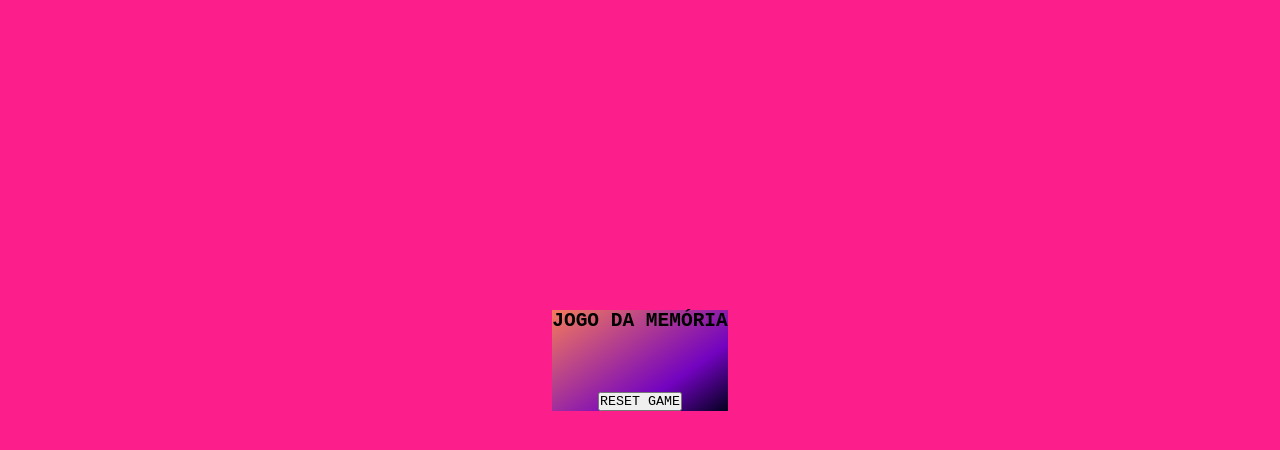
Repository: gustavotwist/memory-game
Page: index.html
The author's editor kept a copy of each file at every save. The page is drawn from the files as they stood at one save, then again after the next save.
The browser window is 1280 px wide. The pictures show the whole page.

Above is the page before, as saved 2024-10-14 21:59:05.

### index.html
<!DOCTYPE html>
<html lang="pt-br">
<head>
    <meta charset="UTF-8">
    <meta name="viewport" content="width=device-width, initial-scale=1.0">
    <title>Jogo Da Memória</title>
    <link rel="stylesheet" href="./src/styles/reset.css">
    <link rel="stylesheet" href="./src/styles/main.css">
</head>
<body>
    <div class="container">
        <h2>JOGO DA MEMÓRIA</h2>
        <div class="game"></div>
        <button class="reset"
        onclick="window.location.reload()"
        >RESET GAME</button>
    </div>


    <script src="./src/scripts/engine.js" defer></script>
</body>
</html>

### src/styles/main.css
body {
    display: flex;
    justify-content: center;
    align-items: center;
    min-height: 100vh;
    background: #fc1e8a;
}

.container {
    position: relative;
    display: flex;
    flex-direction: column;
    justify-content: center;
    align-items: center;
    gap: 30px;
    background: linear-gradient(325deg, #03001e 0%, #7303c0 30%, #ec38);
}

Loaded but not shown: src/styles/reset.css (common file); src/scripts/engine.js (no copy from this time; the picture is the same without it)

After the next save:
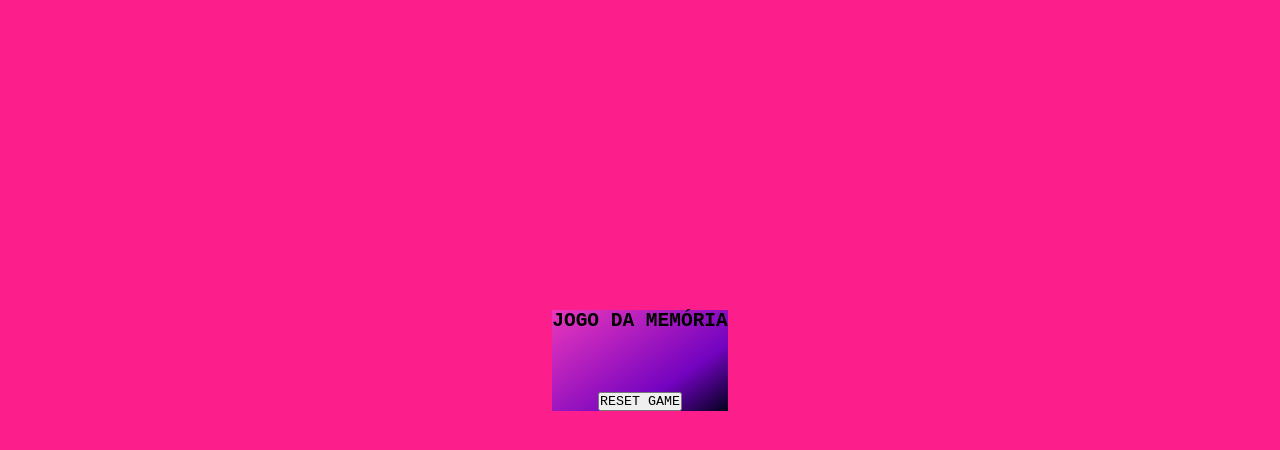
Saved 4 s later.
--- a/src/styles/main.css
+++ b/src/styles/main.css
@@ -13,5 +13,5 @@ body {
     justify-content: center;
     align-items: center;
     gap: 30px;
-    background: linear-gradient(325deg, #03001e 0%, #7303c0 30%, #ec38);
+    background: linear-gradient(325deg, #03001e 0%, #7303c0 30%, #ec38bc);
 }
